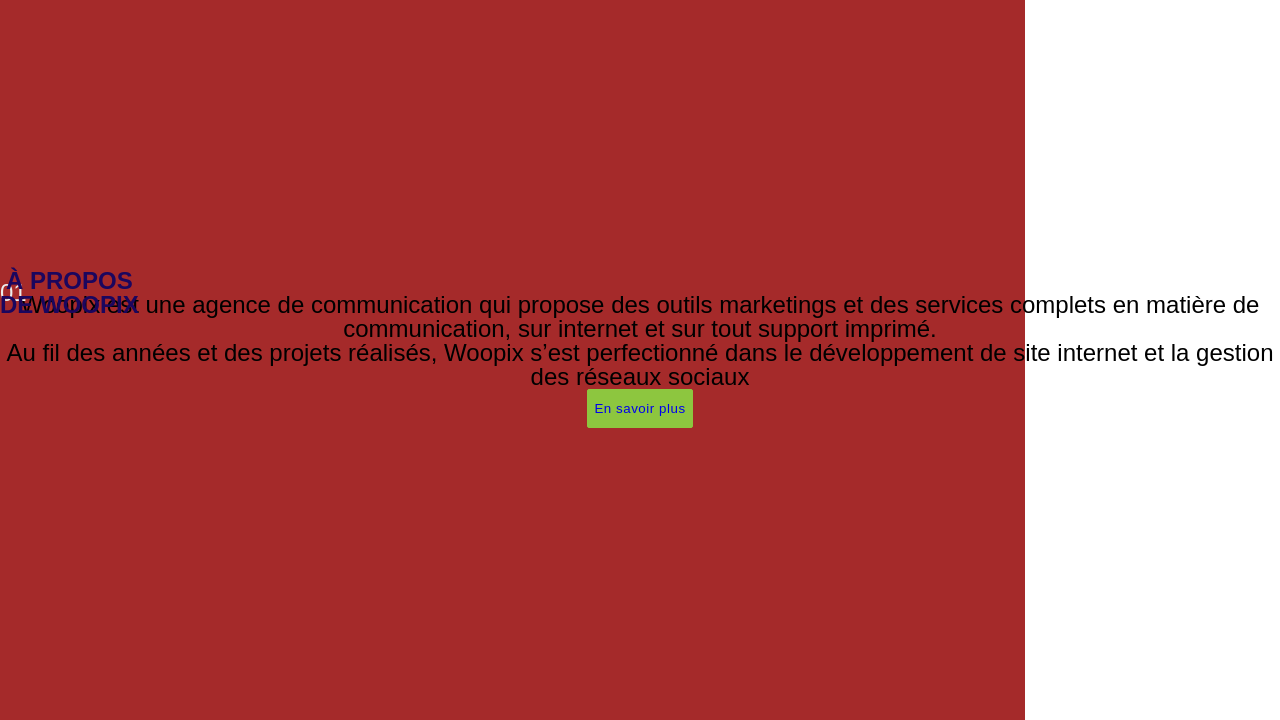
Repository: keloriane/woopix
Page: /about
The author's editor kept a copy of each file at every save. The page is drawn from the files as they stood at one save, then again after the next save.
The browser window is 1280 px wide. The pictures show the whole page.
The project was rebuilt for these pictures with package versions that can differ from the ones it lists, and the page was loaded fresh each time. Also part of the build but not shown: src/pages/Services/components/ServiceItem.js, src/pages/Services/components/ServiceOption.js, src/pages/Services/index.js, src/pages/Home.js.

Above is the page before, as saved 2020-09-24 12:42:12.

After the next save:
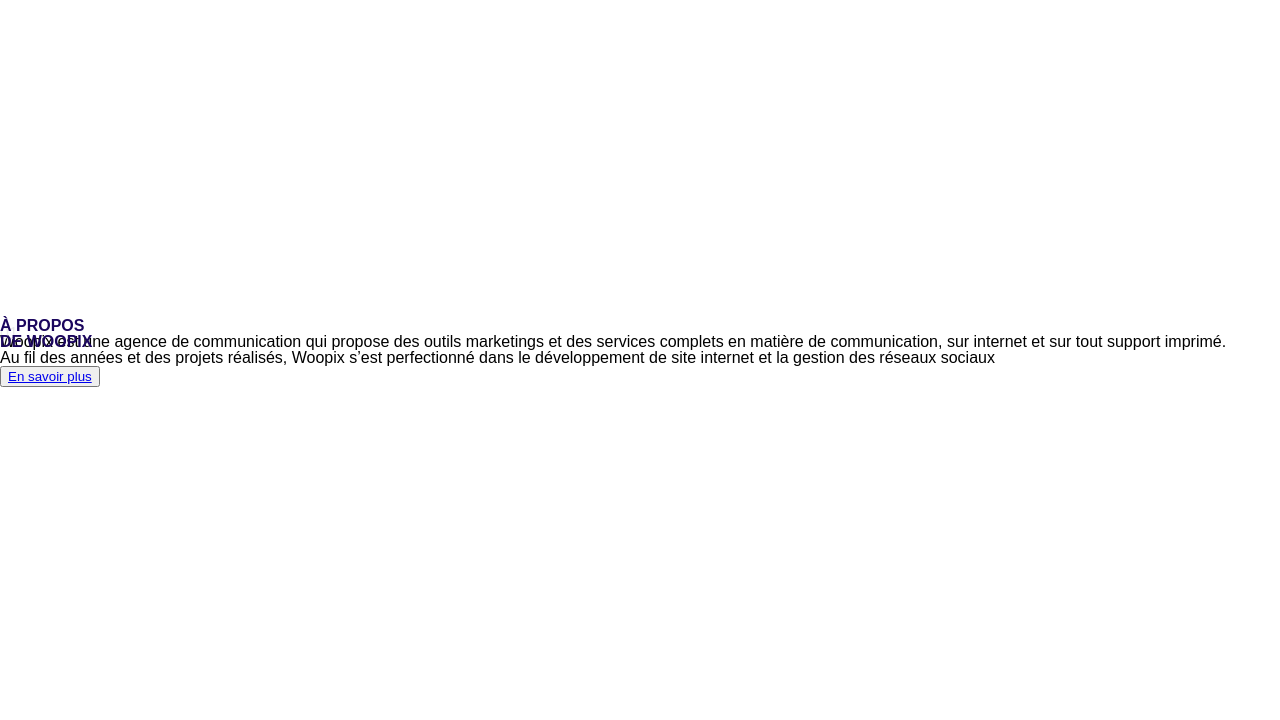
Saved 46 s later.
--- a/src/pages/About/index.js
+++ b/src/pages/About/index.js
@@ -190,7 +190,7 @@
     }
   `;
   return (
-      <Container>
+
 
     <AboutWrapper>
       <div id="about">
@@ -230,7 +230,7 @@
         </div>
       </div>
     </AboutWrapper>
-      </Container>
+
   );
 };
 
